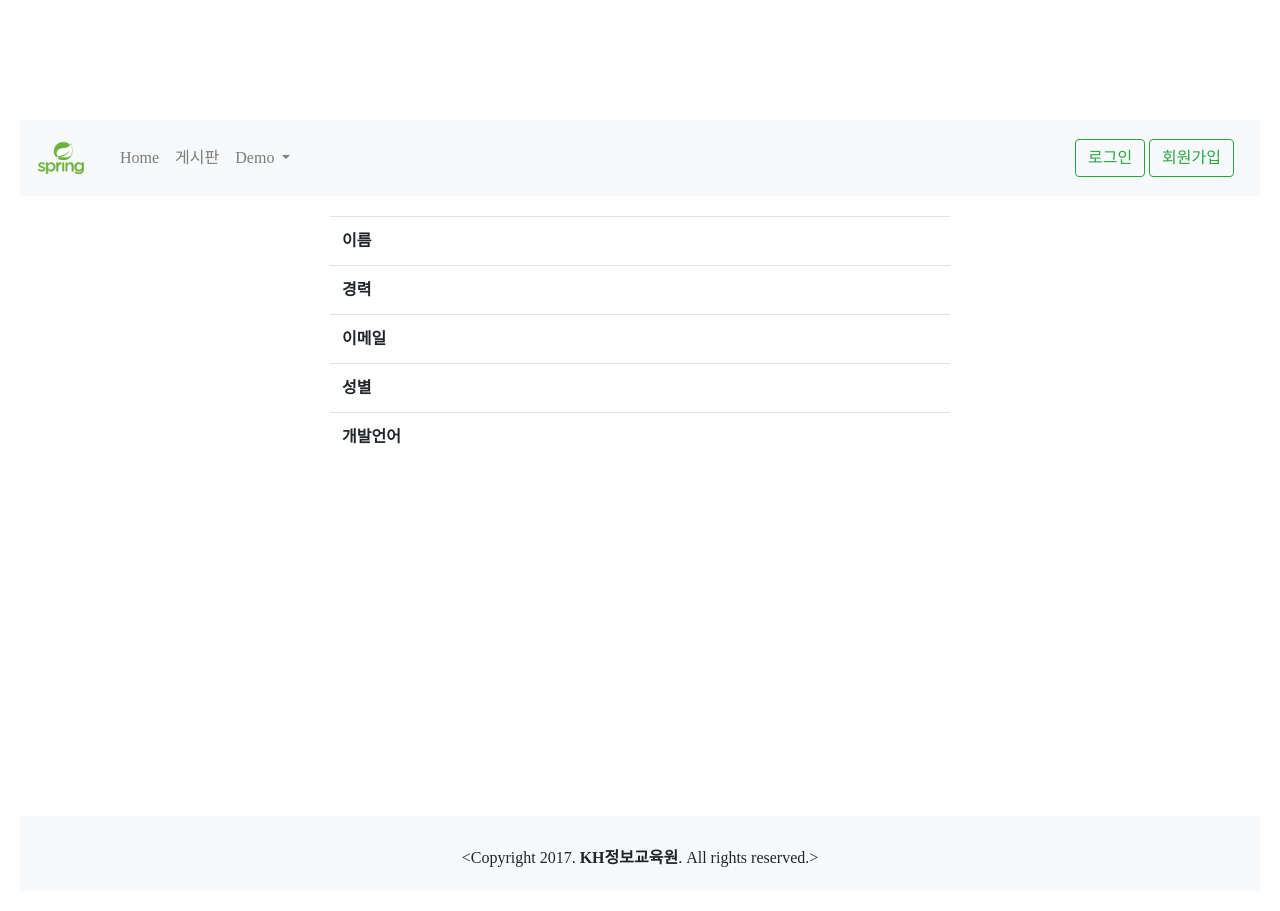
Repository: jinhak94/khspring
Page: http://localhost/hello-spring/WEB-INF/views/demo/devResult.jsp
The author's editor kept a copy of each file at every save. The page is drawn from the files as they stood at one save, then again after the next save.
The browser window is 1280 px wide. The pictures show the whole page.
The page is served by Tomcat 9. Nobody is signed in. The template is opened directly, without the code that normally fills it, so the values that code supplies are empty.

Above is the page before, as saved 2021-04-16 03:24:28.

After the next save:
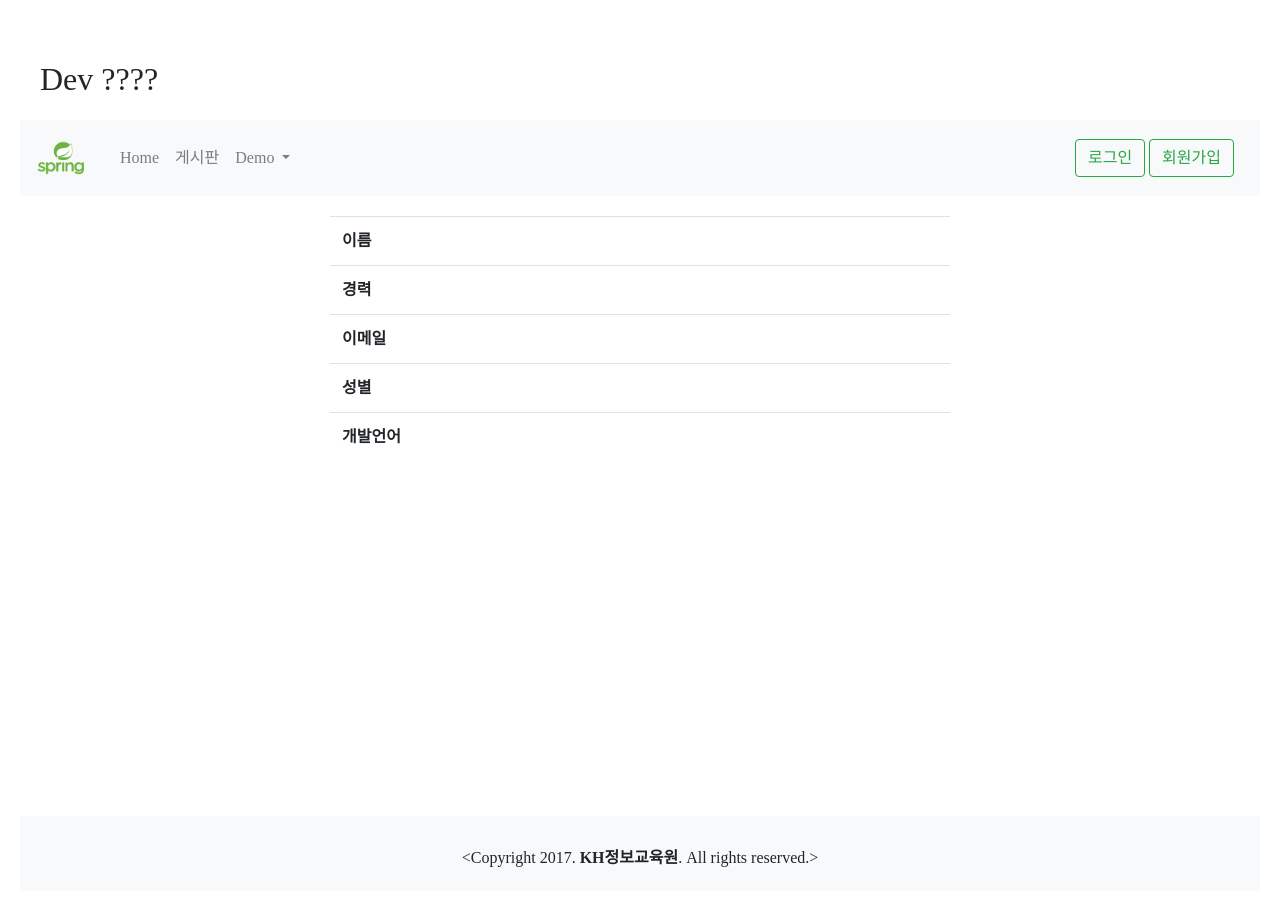
Saved 12 min 49 s later.
--- a/spring_workspace/hello-spring/src/main/webapp/WEB-INF/views/demo/devResult.jsp
+++ b/spring_workspace/hello-spring/src/main/webapp/WEB-INF/views/demo/devResult.jsp
@@ -4,7 +4,7 @@
 <%@ taglib prefix="fmt" uri="http://java.sun.com/jsp/jstl/fmt"%>
 <%@ taglib prefix="fn" uri="http://java.sun.com/jsp/jstl/functions"%>
 <jsp:include page="/WEB-INF/views/common/header.jsp">
-	<jsp:param value="Dev 등록결과" name="pageTitle" />
+	<jsp:param value="Dev 등록결과" name="title" />
 </jsp:include>
 
 <table class="table w-50 mx-auto" >
